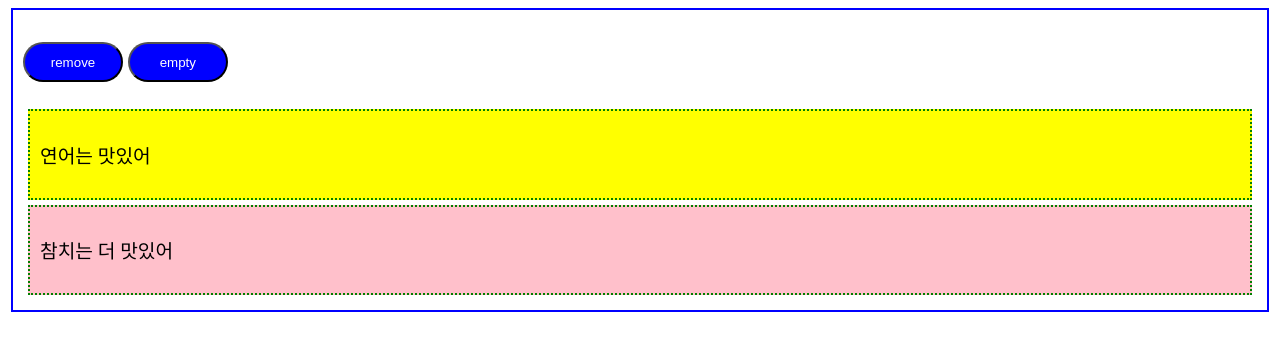
Repository: patternlobe-stack/MY_repository
Page: webpro/src/main/webapp/0916/삭제메소드.html
The author's editor kept a copy of each file at every save. The page is drawn from the files as they stood at one save, then again after the next save.
The browser window is 1280 px wide. The pictures show the whole page.
After loading, the first visible `#empty` was clicked once.

Above is the page before, as saved 2025-09-16 06:21:53.
Console error: TypeError: $(...).rempty is not a function

After the next save:
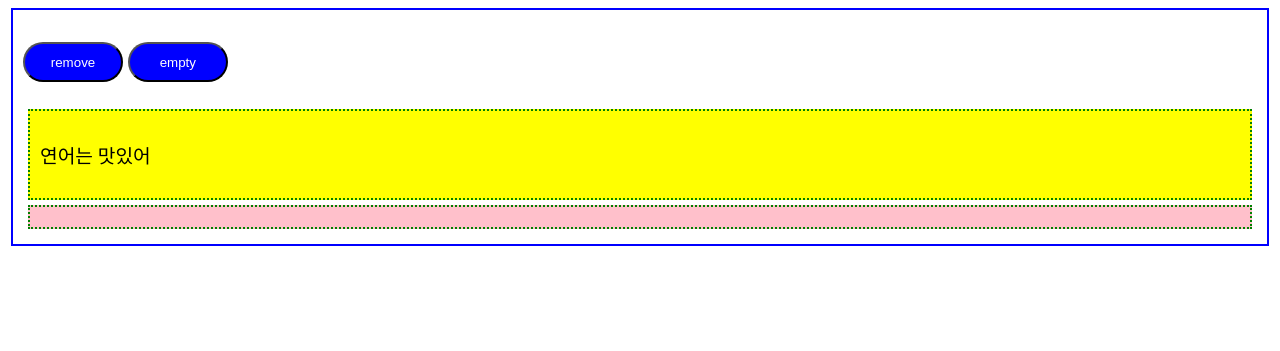
The error is gone.
Saved 22 s later.
--- a/webpro/src/main/webapp/0916/삭제메소드.html
+++ b/webpro/src/main/webapp/0916/삭제메소드.html
@@ -23,7 +23,7 @@ $(()=>{
 		})
 
 			$('#empty').on('click', ()=>{
-			$("#result2").rempty()
+			$("#result2").empty();
 		})
 })
 
